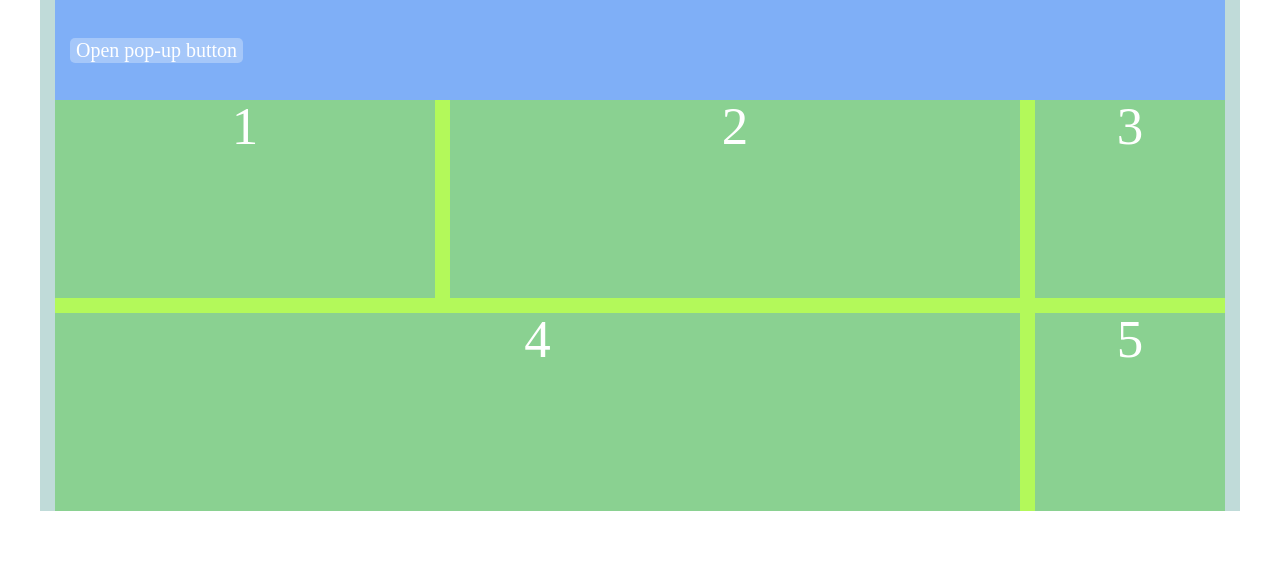
Repository: Evgenius190999999/nodasoft
Page: index.html
The author's editor kept a copy of each file at every save. The page is drawn from the files as they stood at one save, then again after the next save.
The browser window is 1280 px wide. The pictures show the whole page.
Some web libraries are served in a nearby version. The style sheet was rebuilt from its Sass, Less or Tailwind sources for each picture, by a compiler version that may differ from the author's.

Above is the page before, as saved 2022-07-08 14:53:06.

### index.html
<!DOCTYPE html>
<html lang="en">

<head>
    <meta charset="UTF-8">
    <meta http-equiv="X-UA-Compatible" content="IE=edge">
    <meta name="viewport" content="width=device-width, initial-scale=1.0">
    <link rel="stylesheet" href="./style/normalize.css">
    <link rel="stylesheet" href="./style/reset.css">
    <link rel="stylesheet" href="./style/style.css">
    <script src="https://kit.fontawesome.com/33ab42410f.js" crossorigin="anonymous"></script>
    <title>Nodasoft</title>
</head>

<body>
    <div class="wrapper">
        <header class="header container">
            <button class="open__popup">Open pop-up button</button>
        </header>
        <div class="parent container">
            <div class="div1">1</div>
            <div class="div2">2</div>
            <div class="div3">3</div>
            <div class="div4">4</div>
            <div class="div5">5</div>
        </div>
    </div>

</body>

</html>

### style/sass/style.sass

*, *::after, *::before
    box-sizing: border-box

.wrapper
    max-width: 1200px
    margin: 0 auto
    background: #C0DBD9

.header
    display: flex
    align-items: center
    justify-content: flex-start
    padding: 0 15px
    background: #7FAFF7
    height: 100px

.container
    max-width: 1170px
    margin: 0 auto

.open__popup
    background: #A5C7F9
    border-radius: 5px
    border: none
    font-size: 20px
    line-height: 23px
    color: #FFFFFF
    cursor: pointer

.parent
    display: grid
    grid-template-columns: 2fr 3fr 1fr
    grid-template-rows: repeat(2, 1fr)
    grid-column-gap: 15px
    grid-row-gap: 15px
    background: #B3F95A
    text-align: center
    font-size: 53px
    color: #FFFFFF
    div
        height: 198px
        background: #8AD191

.div1
    grid-area: 1 / 1 / 2 / 2

.div2
    grid-area: 1 / 2 / 2 / 3
.div3
    grid-area: 1 / 3 / 2 / 4
.div4
    grid-area: 2 / 1 / 3 / 3
.div5
    grid-area: 2 / 3 / 3 / 4

Loaded but not shown: style/normalize.css (library); style/reset.css (common file)

After the next save:
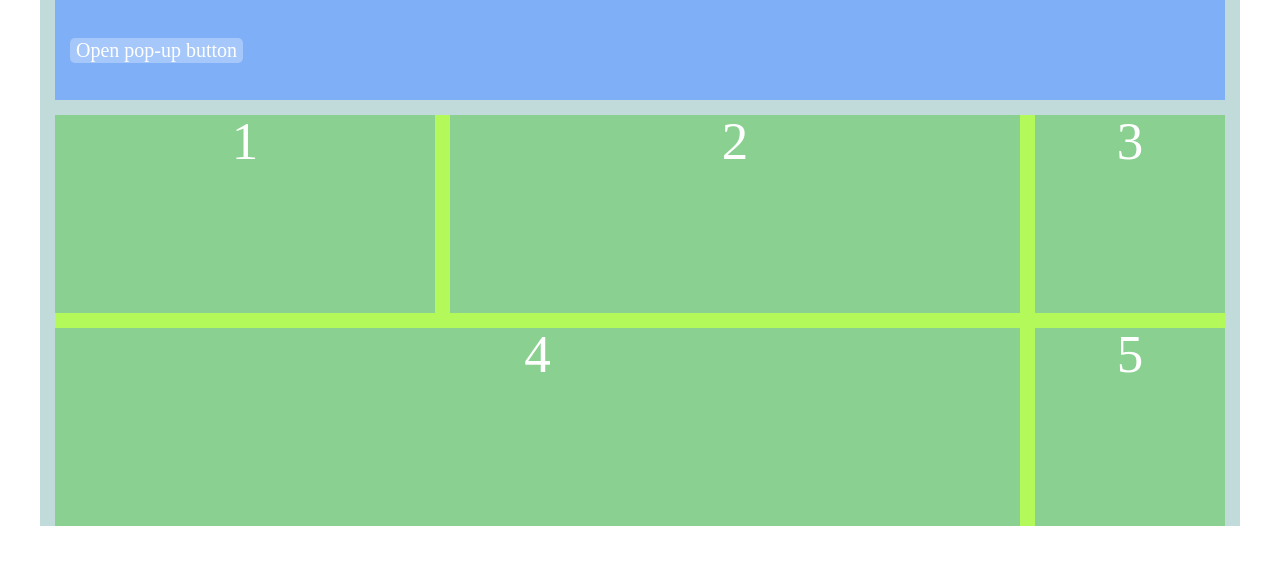
Saved 84 s later.
--- a/style/sass/style.sass
+++ b/style/sass/style.sass
@@ -38,13 +38,13 @@
     text-align: center
     font-size: 53px
     color: #FFFFFF
+    margin-top: 15px
     div
         height: 198px
         background: #8AD191
 
 .div1
     grid-area: 1 / 1 / 2 / 2
-
 .div2
     grid-area: 1 / 2 / 2 / 3
 .div3
